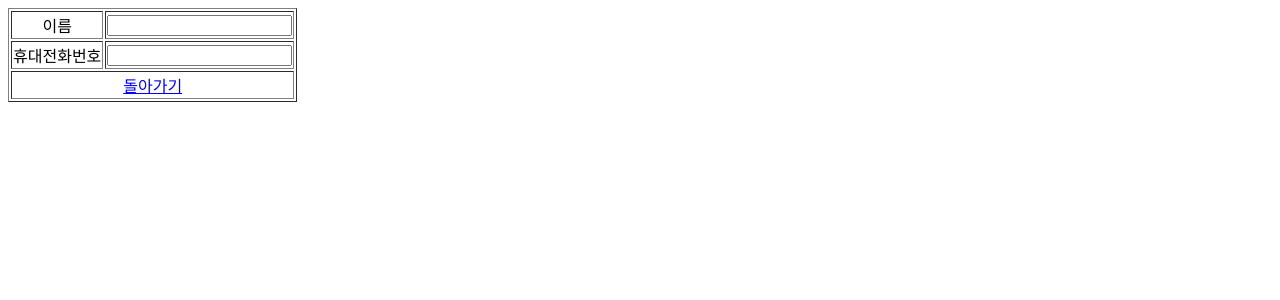
Repository: wake45/Web_Programming_Project
Page: Web_기말프로젝트_20145150_이상욱/Project/WebContent/findId.html
The author's editor kept a copy of each file at every save. The page is drawn from the files as they stood at one save, then again after the next save.
The browser window is 1280 px wide. The pictures show the whole page.

Above is the page before, as saved 2018-06-11 07:39:04.

After the next save:
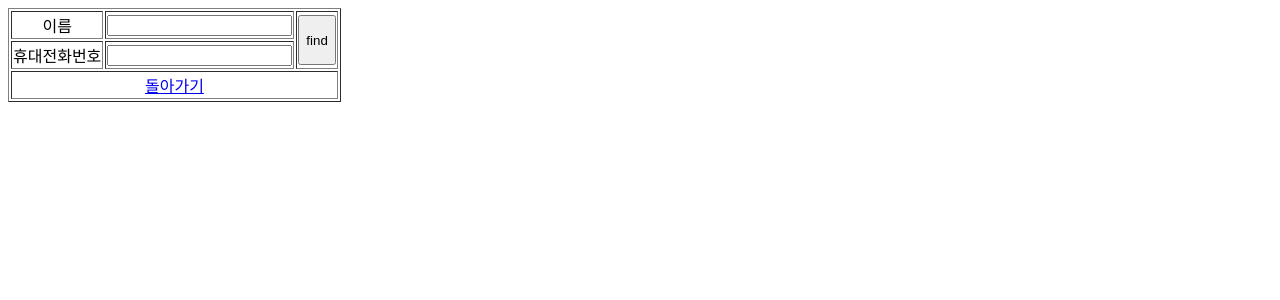
Saved 34 s later.
--- a/Web_기말프로젝트_20145150_이상욱/Project/WebContent/findId.html
+++ b/Web_기말프로젝트_20145150_이상욱/Project/WebContent/findId.html
@@ -9,6 +9,7 @@
 		<tr>
 			<td align="center">이름
 			<td><input type=text name=name>
+			<td rowspan="2" align="center"><input type=submit value=find style="height: 50px;"></td>
 		<tr>
 		 	<td align="center">휴대전화번호
 			<td><input type=text name=number>
